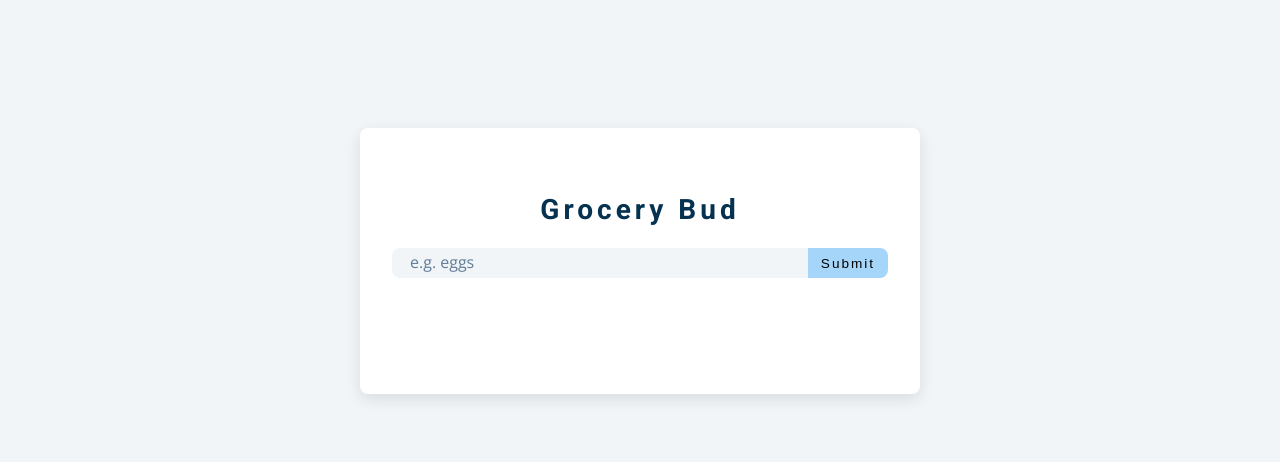
Repository: sunny070/javaScript
Page: Grogery_14/index.html
The author's editor kept a copy of each file at every save. The page is drawn from the files as they stood at one save, then again after the next save.
The browser window is 1280 px wide. The pictures show the whole page.
Some web libraries are served in a nearby version.

Above is the page before, as saved 2023-10-31 11:57:46.

After the next save:
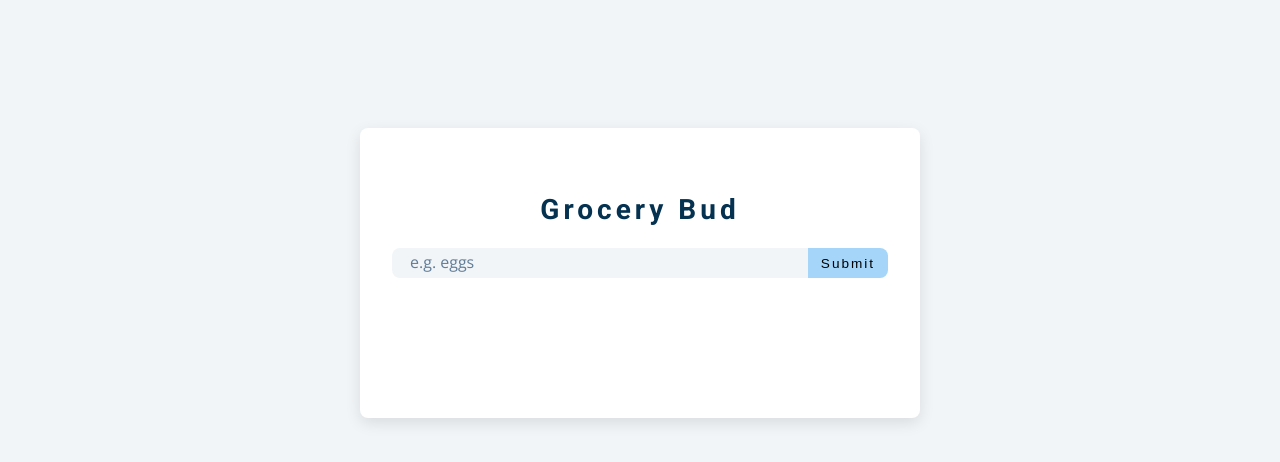
Saved 6 s later.
--- a/Grogery_14/index.html
+++ b/Grogery_14/index.html
@@ -25,7 +25,15 @@
         <div class="grocery-container">
             <div class="grocery-list">
                 <article class="grocery-item">
-
+                    <p class="title">item</p>
+                    <div class="btn-container">
+                        <button type="button" class="edit-btn">
+                            <i class="fas fa-edit"></i>
+                        </button>
+                        <button type="button" class="delete-btn">
+                            <i class="fas fa-trash"></i>
+                        </button>
+                    </div>
                 </article>
             </div>
             <!-- button -->
